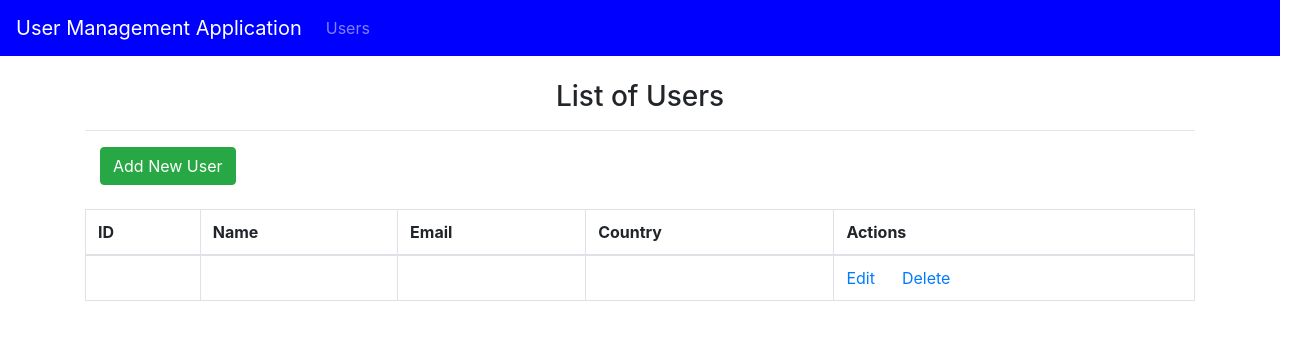
Repository: Annam-Pardha-Saradhi/Servlet-Projects
Page: http://localhost/UserManagement/user-list.jsp
An editor plug-in stored every save of this project. The page is shown before and after the next save, followed by the edit.
The browser window is 1280 px wide. The page is 1295 px wide, so the pictures cover 1295 px, including what lies to the right of the window. The pictures show the whole page.
The page is served by Tomcat 10.

Above is the page before, as saved 2024-09-11 16:40:38.

After the next save:
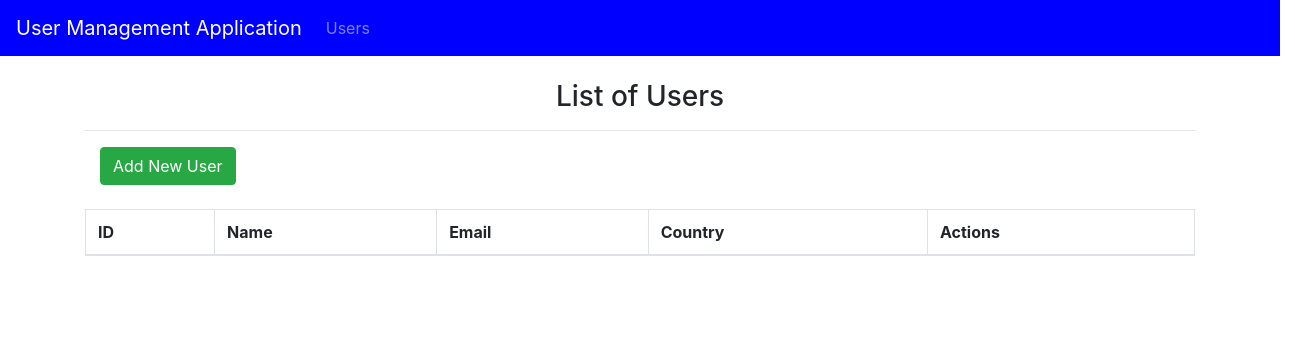
Saved 19 s later.
--- a/servlet_projects/UserManagement/src/main/webapp/user-list.jsp
+++ b/servlet_projects/UserManagement/src/main/webapp/user-list.jsp
@@ -1,8 +1,6 @@
 <%@ page language="java" contentType="text/html; charset=UTF-8"
 	pageEncoding="UTF-8"%>
-	<%--
 	<%@ taglib uri="http://java.sun.com/jsp/jstl/core" prefix="c"%>
-	--%>
 <html>
 <head>
 <title>User Management Application</title>
